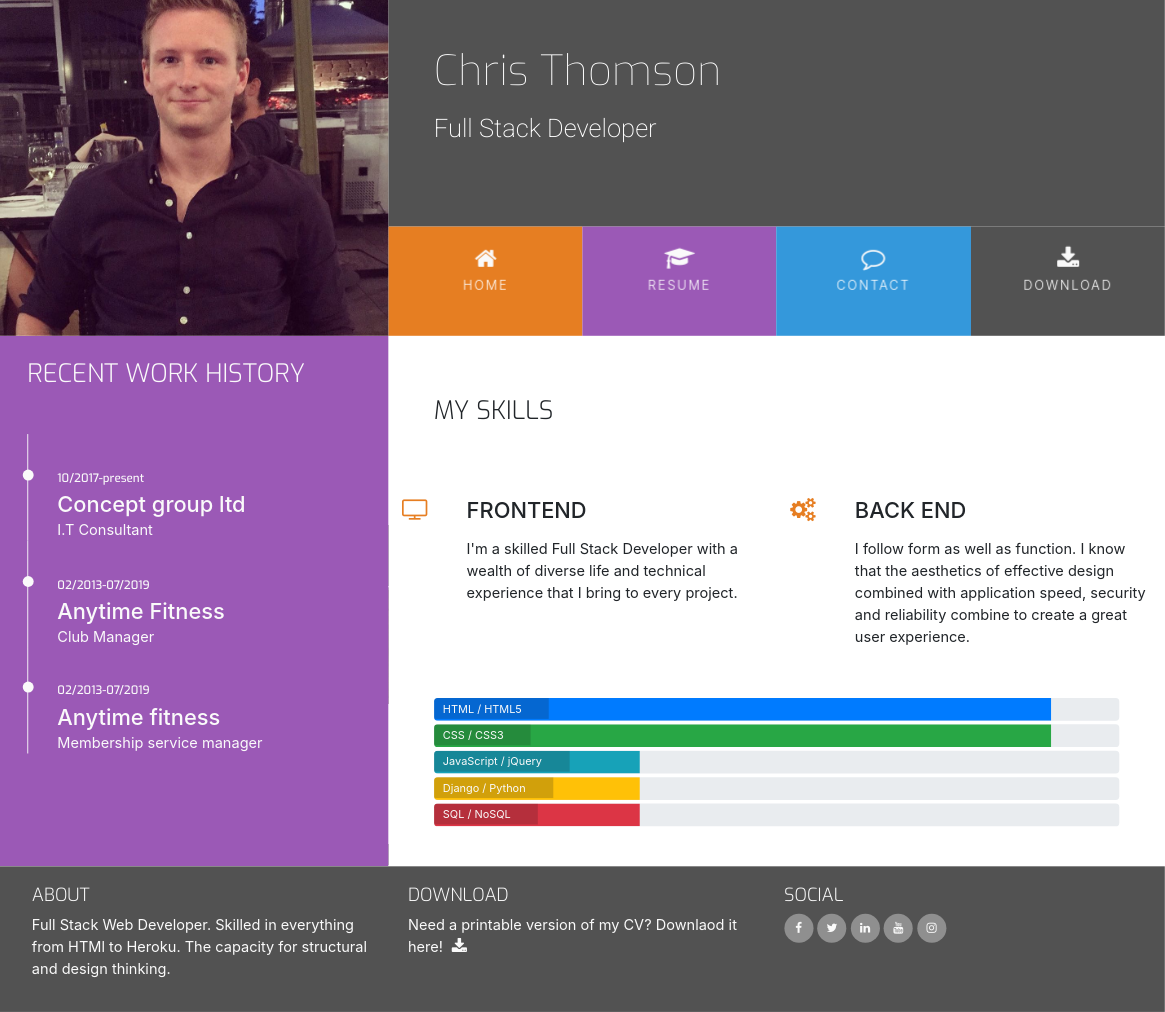
Repository: cthoms1993/Resume
Page: resume.html
The author's editor kept a record of every edit. The page is drawn from the files as they stood at one moment, then again after the next edit.
The browser window is 1280 px wide. The pictures show the whole page, at 91% of full size.

Above is the page before.

After the next edit:
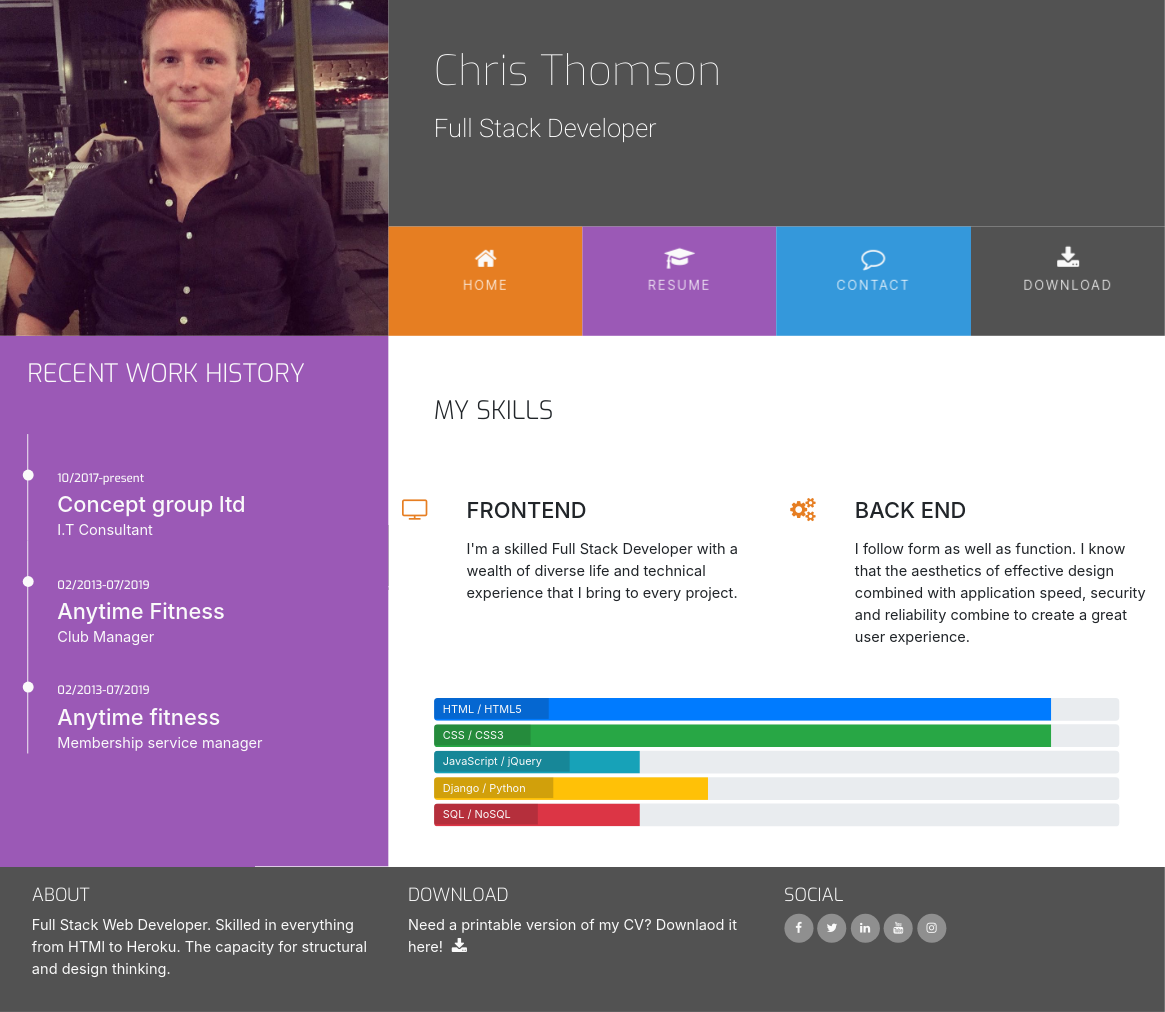
The edit:
--- a/resume.html
+++ b/resume.html
@@ -124,8 +124,8 @@
                             <span class="progress-type">JavaScript / jQuery</span>
                         </div>
                         <div class="progress">
-                            <div class="progress-bar bg-warning" role="progressbar" aria-valuenow="80" aria-valuemin="0" aria-valuemax="100" style="width:30%;">
-                                <span class="sr-only">30% complete</span>
+                            <div class="progress-bar bg-warning" role="progressbar" aria-valuenow="80" aria-valuemin="0" aria-valuemax="100" style="width:40%;">
+                                <span class="sr-only">40% complete</span>
                             </div>
                             <span class="progress-type">Django / Python</span>
                         </div>
